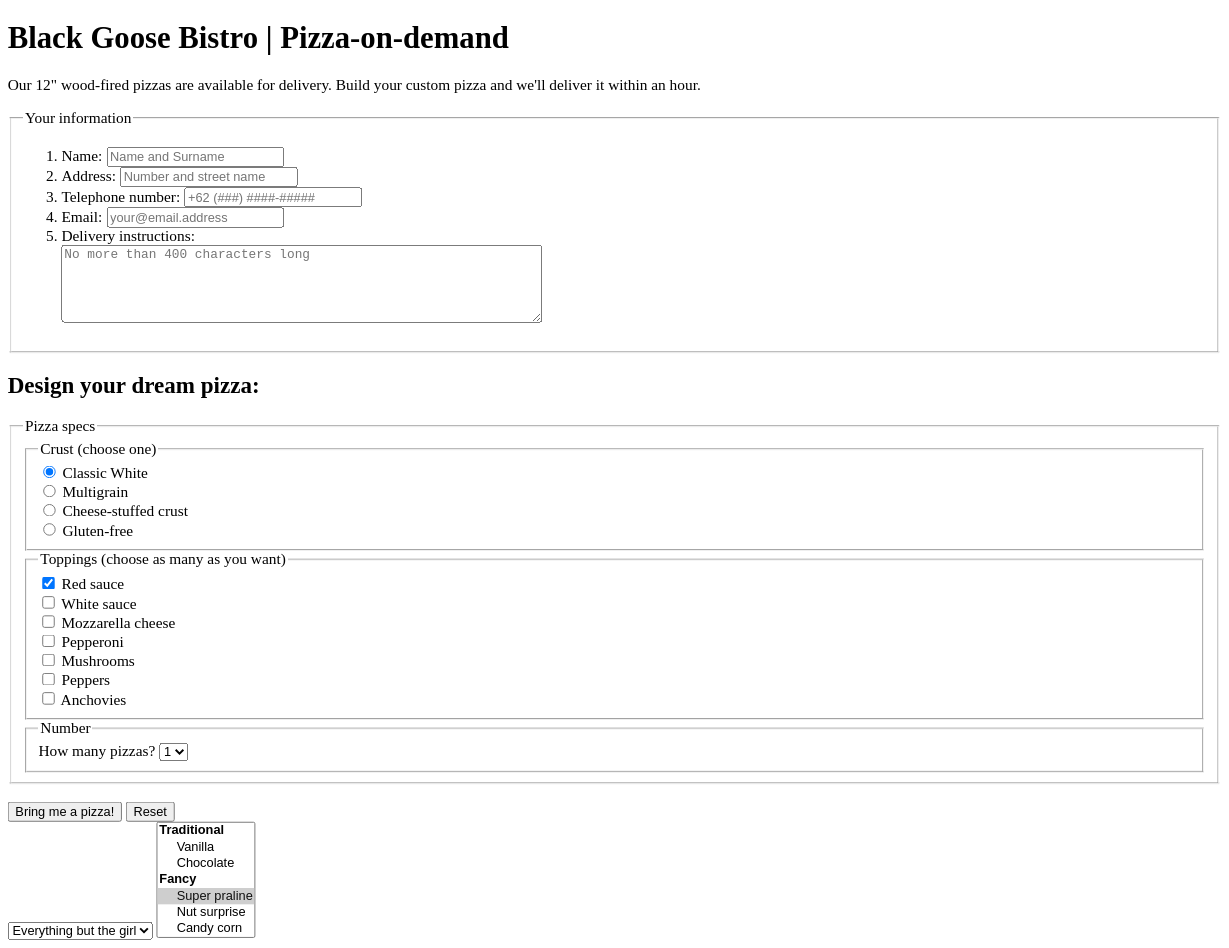
Repository: Colo-Codes/code-practice
Page: 01-html-practice-11.html
An editor plug-in stored every save of this project. The page is shown before and after the next save, followed by the edit.
The browser window is 1280 px wide. The pictures show the whole page, at 96% of full size.

Above is the page before, as saved 2021-04-30 08:25:43.

### 01-html-practice-11.html
<!DOCTYPE html>
<html lang="en">
<head>
    <meta charset="UTF-8">
    <meta http-equiv="X-UA-Compatible" content="IE=edge">
    <meta name="viewport" content="width=device-width, initial-scale=1.0">
    <title>Black Goose Bistro | Pizza-on-demand</title>
</head>
<body>
    <h1>Black Goose Bistro | Pizza-on-demand</h1>
    <p>Our 12" wood-fired pizzas are available for delivery. Build your custom pizza and we'll deliver it within an hour.</p>
    <form action="http://blackgoosebistro.com/pizza.php" method="POST">
        <fieldset>
        <legend>Your information</legend>
        <ol>
            <li>
                <label for="userName">Name: </label>
                <input type="text" name="customername" id="userName" placeholder="Name and Surname">
            </li>
            <li>
                <label for="userAddress">Address: </label>
                <input type="text" name="address" id="userAddress" placeholder="Number and street name">
            </li>
            <li>
                <label for="userTel">Telephone number: </label>
                <input type="text" name="telephone" id="userTel" placeholder="+62 (###) ####-#####">
            </li>
            <li>
                <label for="userEmail">Email: </label>
                <input type="text" name="email" id="userEmail" placeholder="your@email.address">
            </li>
            <li>
                <label for="userDeliveryInstr">Delivery instructions: </label><br>
                <textarea name="instructions" id="userDeliveryInstr" cols="60" rows="5" maxlength="400" placeholder="No more than 400 characters long"></textarea>
            </li>
        </ol>
        </fieldset>
        <h2>Design your dream pizza:</h2>
        <fieldset>
            <legend>Pizza specs</legend>
            <fieldset>
                <legend>Crust (choose one)</legend>
                <label for="classWhite">
                    <input type="radio" id="classWhite" name="crust" value="classicWhite" checked> Classic White
                </label><br>
                <label for="multi">
                    <input type="radio" id="multi" name="crust" value="multigrain"> Multigrain
                </label><br>
                <label for="cheeseCrust">
                    <input type="radio" id="cheeseCrust" name="crust" value="cheeseStuffedCrust"> Cheese-stuffed crust
                </label><br>
                <label for="glutenFree">
                    <input type="radio" id="glutenFree" name="crust" value="glutenFree"> Gluten-free
                </label><br>
            </fieldset>
            <fieldset>
                <legend>Toppings (choose as many as you want)</legend>
                <label for="redSauc">
                    <input type="checkbox" id="redSauc" name="toppings[]" value="redSauce" checked> Red sauce
                </label><br>
                <label for="whiteSauc">
                    <input type="checkbox" id="whiteSauc" name="toppings[]" value="whiteSauce"> White sauce
                </label><br>
                <label for="mozzCheese">
                    <input type="checkbox" id="mozzCheese" name="toppings[]" value="mozzarellaCheese"> Mozzarella cheese
                </label><br>
                <label for="pepperoni">
                    <input type="checkbox" id="pepperoni" name="toppings[]" value="pepperoni"> Pepperoni
                </label><br>
                <label for="mushrooms">
                    <input type="checkbox" id="mushrooms" name="toppings[]" value="mushrooms"> Mushrooms
                </label><br>
                <label for="peppers">
                    <input type="checkbox" id="peppers" name="toppings[]" value="peppers"> Peppers
                </label><br>
                <label for="anchovies">
                    <input type="checkbox" id="anchovies" name="toppings[]" value="anchovies"> Anchovies
                </label><br>
            </fieldset>
            <fieldset>
                <legend>Number</legend>
                <label for="num">
                    How many pizzas?
                    <select name="pizzas" id="num">
                        <option value="1">1</option>
                        <option value="2">2</option>
                        <option value="3">3</option>
                        <option value="4">4</option>
                        <option value="5">5</option>
                        <option value="6">6</option>
                    </select>
                </label>
            </fieldset>
        </fieldset>
        <br>
        <input type="submit" value="Bring me a pizza!">
        <input type="reset" value="Reset">
    </form>

    <select name="varName" >
        <option value="EBTG">Everything but the girl</option>
        <option>Aerosmith</option>
        <option>The Cure</option>
    </select>

    <select name="icecream" size="7" multiple> <!-- The size attribute indicates the size of the selection box in number of lines -->
        <optgroup label="Traditional">
            <option>Vanilla</option>
            <option>Chocolate</option>
        </optgroup>
        <optgroup label="Fancy">
            <option selected>Super praline</option>
            <option>Nut surprise</option>
            <option>Candy corn</option>
        </optgroup>
    </select>


</body>
</html>

After the next save:
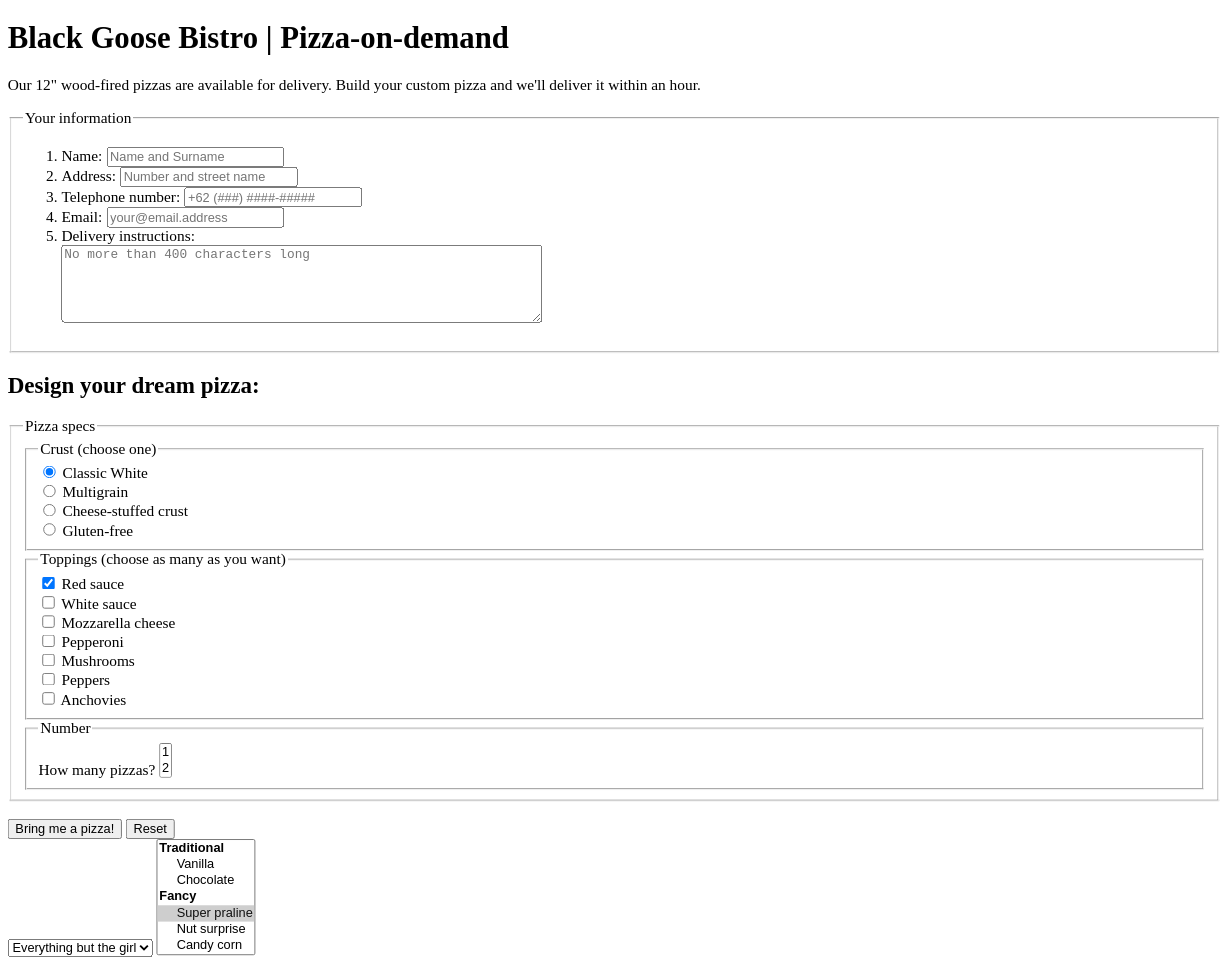
Saved 60 s later.
--- a/01-html-practice-11.html
+++ b/01-html-practice-11.html
@@ -81,7 +81,7 @@
                 <legend>Number</legend>
                 <label for="num">
                     How many pizzas?
-                    <select name="pizzas" id="num">
+                    <select name="pizzas" id="num" size="2">
                         <option value="1">1</option>
                         <option value="2">2</option>
                         <option value="3">3</option>

After the save that followed:
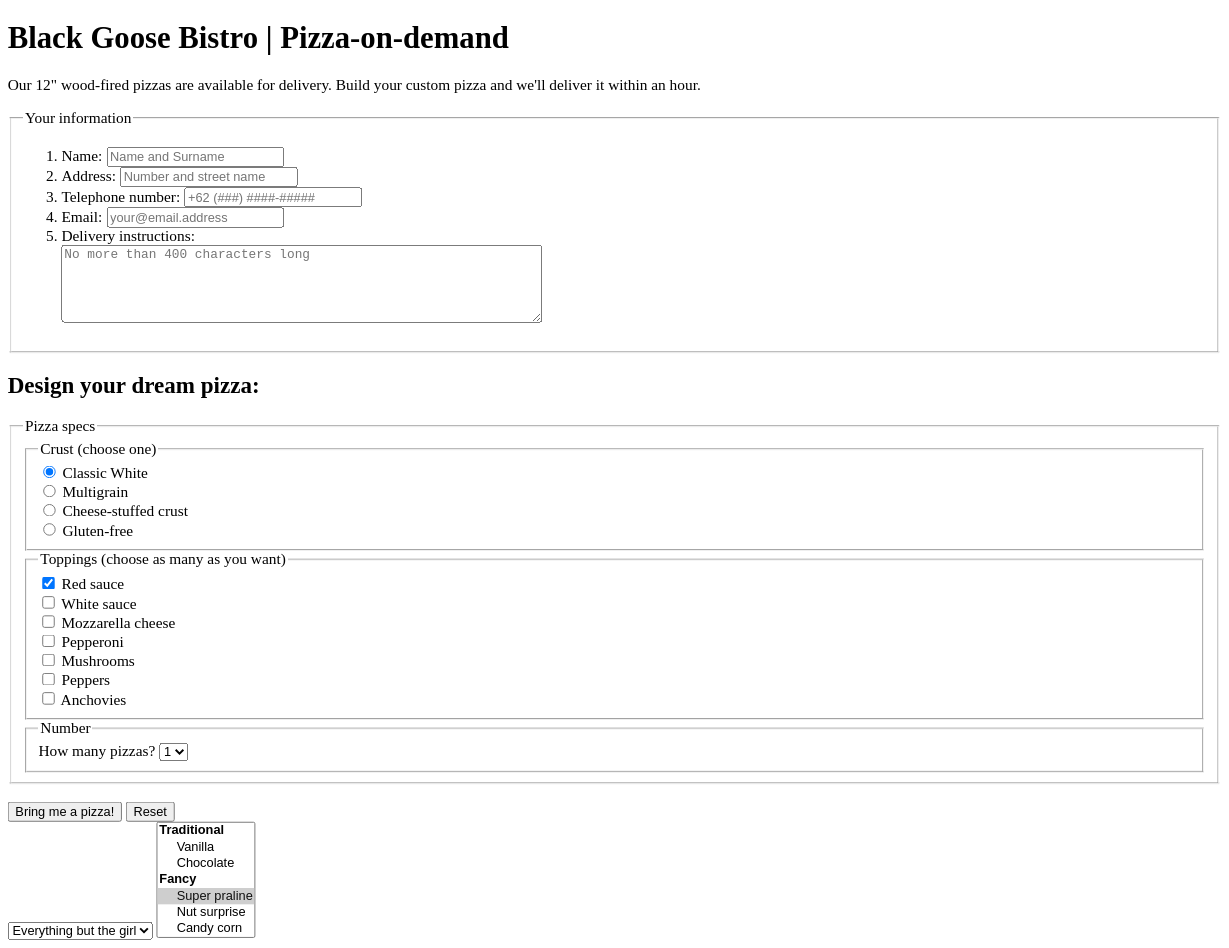
Saved 12 s later.
--- a/01-html-practice-11.html
+++ b/01-html-practice-11.html
@@ -81,7 +81,7 @@
                 <legend>Number</legend>
                 <label for="num">
                     How many pizzas?
-                    <select name="pizzas" id="num" size="2">
+                    <select name="pizzas" id="num" size="1">
                         <option value="1">1</option>
                         <option value="2">2</option>
                         <option value="3">3</option>
